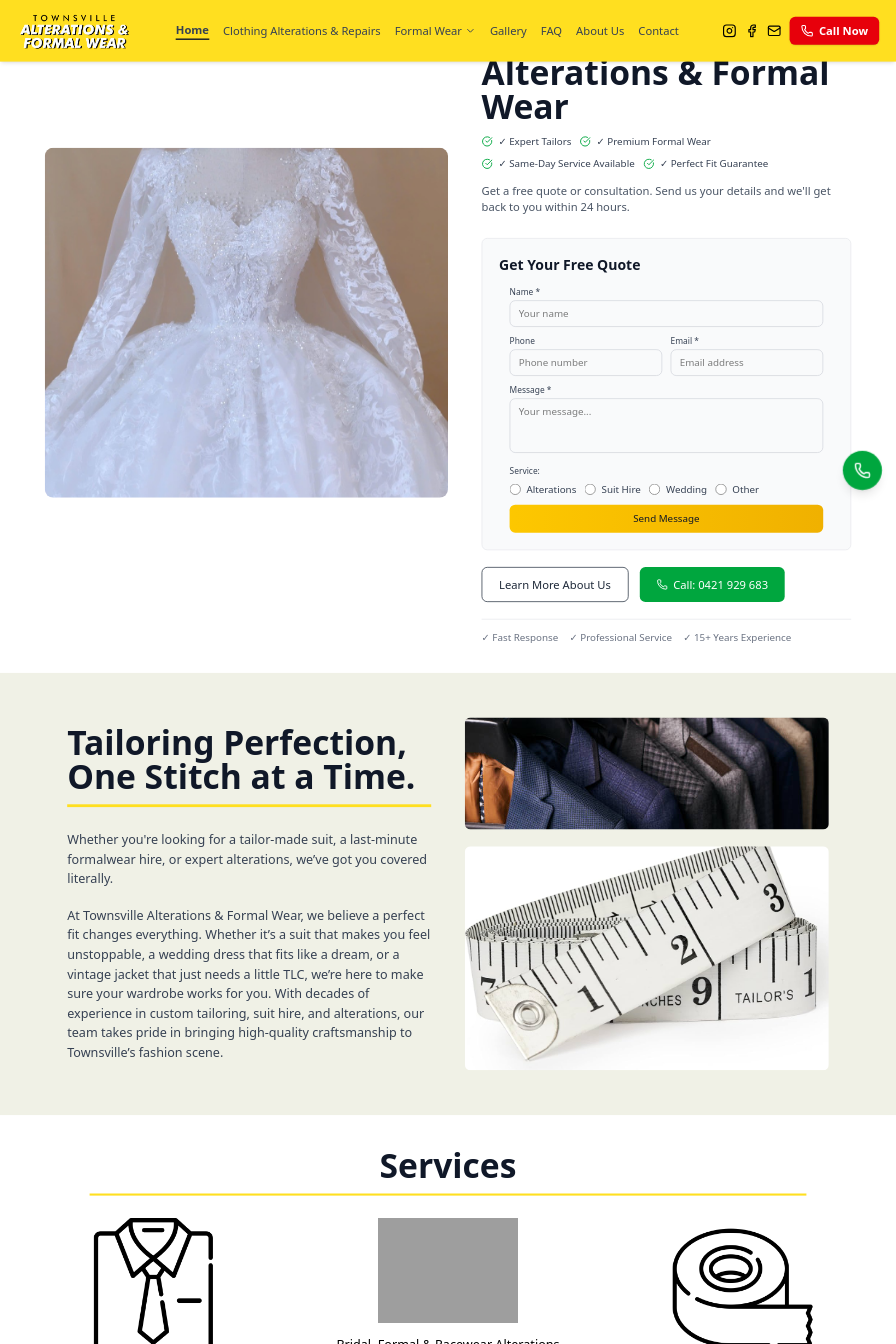
Repository: tarekhasan1/townsville-alteration
Page: /
These files come from the project's save history. The page is drawn as it stood at one moment and after the next save; the edit follows.
The browser window is 1280 px wide. The pictures show the part of the page from y = 0 to 1920 px (the page is 3515 px tall before and 3276 px after), at 70% of full size.
Pictures or frames that could not be fetched are drawn as grey boxes. The page's requests for data from a server got no answer. The project was rebuilt for these pictures with package versions that can differ from the ones it lists, and the page was loaded fresh each time. The framework's server and built-in components were replaced by stand-ins that run in the browser. No one was signed in, and anything a server would have sent is missing. Also part of the build but not shown: next.config.ts.

Above is the page before, as saved 2026-01-31 10:52:38.

After the next save:
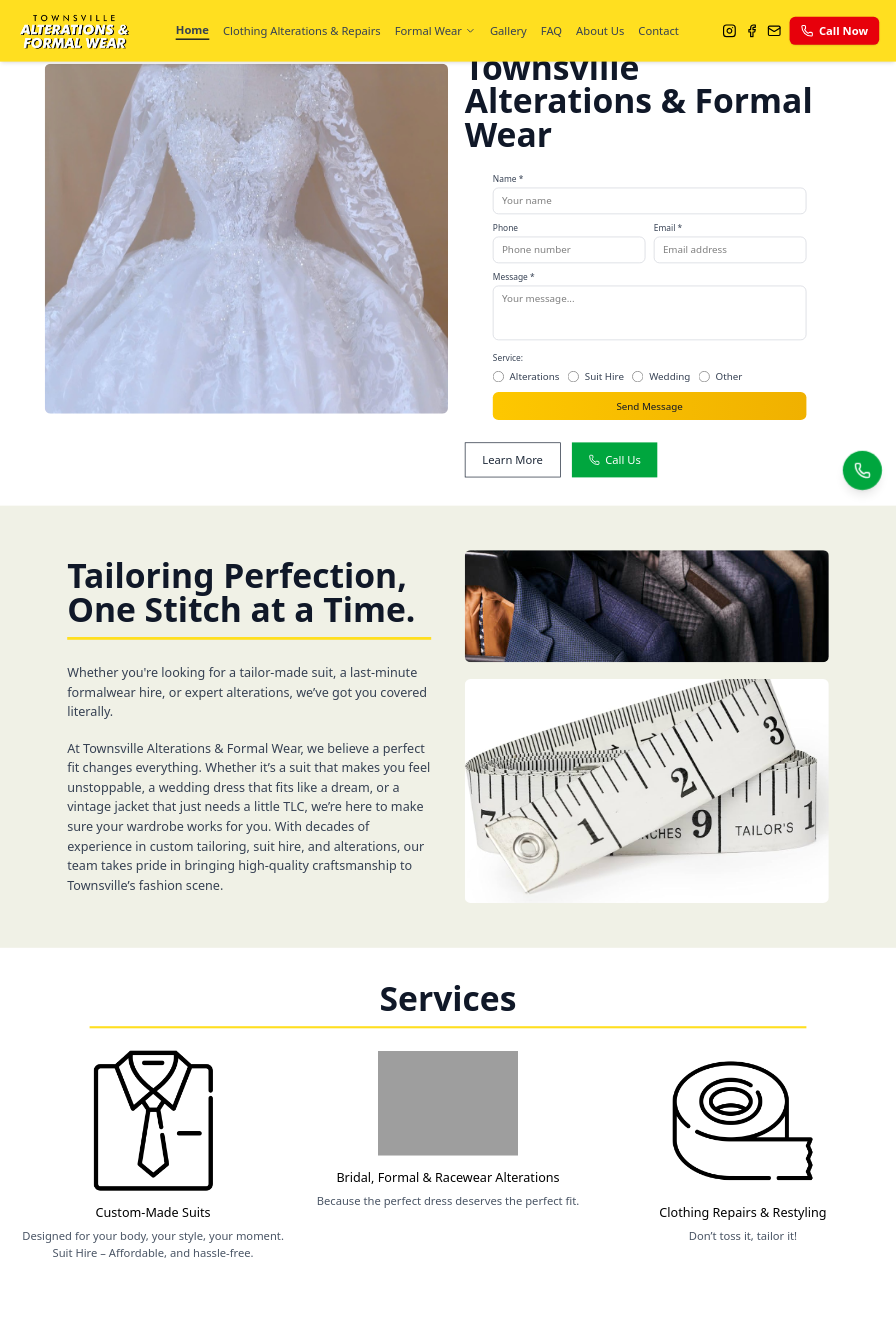
Saved 2 min 15 s later.
--- a/src/components/BannerCarousel.tsx
+++ b/src/components/BannerCarousel.tsx
@@ -2,8 +2,8 @@
 import { useState, useEffect } from "react";
 import Image from "next/image";
 import Link from "next/link";
-import { Phone, CheckCircle } from "lucide-react";
-import ContactForm from "@/components/ContactForm"; // Import your existing form
+import { Phone } from "lucide-react";
+import ContactForm from "@/components/ContactForm"; // Import the form
 
 const images = [
   "/3.jpeg",
@@ -27,112 +27,57 @@ const BannerCarousel = () => {
   }, []);
 
   return (
-    <div className="relative w-full min-h-[100vh] flex flex-col lg:flex-row items-center bg-white px-4 pt-[120px] lg:pt-0 lg:px-8 xl:px-16 py-8 lg:py-10">
+    <div className="relative w-full min-h-[100vh] flex flex-col lg:flex-row items-center bg-white px-4 pt-[120px] lg:pt-0 lg:px-16 py-10">
       {/* Left Column - Image Carousel */}
-      <div className="relative w-full lg:w-1/2 h-[300px] sm:h-[400px] lg:h-[500px] overflow-hidden rounded-lg lg:rounded-xl">
+      <div className="relative w-full lg:w-1/2 h-96 lg:h-[500px] overflow-hidden">
         {images.map((src, index) => (
           <Image
             key={index}
             src={src}
             alt={`Townsville Alterations & Formal Wear Image ${index + 1}`}
             fill
-            className={`absolute inset-0 transition-opacity duration-1000 ${
+            className={`absolute inset-0 transition-opacity duration-1000 rounded-lg ${
               index === currentIndex ? "opacity-100" : "opacity-0"
             } object-cover`}
-            sizes="(max-width: 768px) 100vw, 50vw"
-            priority={index === 0}
           />
         ))}
-
-        {/* Mobile-only CTA overlay */}
-        <div className="lg:hidden absolute bottom-4 left-4 right-4 bg-black/50 backdrop-blur-sm p-3 rounded-lg">
-          <div className="flex items-center justify-between">
-            <a
-              href="tel:0421929683"
-              aria-label="Call Townsville Alterations and Formal Wear"
-              className="flex items-center gap-2 bg-green-600 px-4 py-2 text-white hover:bg-green-700 transition-all rounded-md text-sm"
-            >
-              <Phone className="w-3 h-3" />
-              Call Now
-            </a>
-            <Link
-              href="/about-us"
-              aria-label="Learn more about Townsville Alterations and Formal Wear"
-              className="border border-white px-4 py-2 text-white hover:bg-yellow-400 hover:text-gray-900 transition-all rounded-md text-sm"
-            >
-              Learn More
-            </Link>
-          </div>
-        </div>
       </div>
 
-      {/* Right Column - Text & Contact Form */}
-      <div className="w-full lg:w-1/2 lg:pl-8 xl:pl-12 mt-8 lg:mt-0">
-        {/* Heading */}
-        <h2 className="text-gray-800 text-sm sm:text-base uppercase tracking-wider font-medium">
+      {/* Right Column - Content with Contact Form */}
+      <div className="w-full lg:w-1/2 text-center lg:text-left mt-6 lg:mt-0 px-6">
+        <h2 className="text-gray-800 text-lg uppercase tracking-wider">
           Reinvent Your Wardrobe. Or Hire One That Turns Heads.
         </h2>
 
-        <h1 className="text-3xl sm:text-4xl lg:text-5xl font-bold text-gray-900 mt-2 mb-4">
+        <h2 className="text-4xl lg:text-5xl font-semibold text-gray-900 mt-4">
           Townsville Alterations & Formal Wear
-        </h1>
+        </h2>
 
-        {/* Key Benefits */}
-        <div className="mb-6 lg:mb-8">
-          <div className="flex flex-col sm:flex-row sm:flex-wrap gap-3 mb-4">
-            {[
-              "✓ Expert Tailors",
-              "✓ Premium Formal Wear",
-              "✓ Same-Day Service Available",
-              "✓ Perfect Fit Guarantee"
-            ].map((item, index) => (
-              <div key={index} className="flex items-center text-sm text-gray-700">
-                <CheckCircle className="w-4 h-4 text-green-600 mr-2" />
-                {item}
-              </div>
-            ))}
-          </div>
-
-          <p className="text-gray-600 text-base">
-            Get a free quote or consultation. Send us your details and we&apos;ll get back to you within 24 hours.
-          </p>
-        </div>
-
-        {/* Contact Form - Visible on all devices */}
-        <div className="bg-gray-50 p-4 sm:p-6 rounded-lg border border-gray-200">
-          <h3 className="text-lg sm:text-xl font-semibold text-gray-900 mb-4">
-            Get Your Free Quote
-          </h3>
+        {/* Contact Form Integrated Here */}
+        <div className="mt-8">
           <ContactForm />
         </div>
 
-        {/* Desktop CTA Buttons */}
-        <div className="hidden lg:flex gap-4 mt-6">
+        {/* CTA Buttons */}
+        <div className="mt-8 flex flex-col sm:flex-row gap-4 sm:justify-center lg:justify-start">
+          {/* Learn More */}
           <Link
             href="/about-us"
             aria-label="Learn more about Townsville Alterations and Formal Wear"
-            className="border border-gray-800 px-6 py-3 text-gray-800 hover:bg-yellow-300 hover:text-gray-900 transition-all text-center rounded-lg"
+            className="border border-gray-800 px-6 py-3 text-gray-800 hover:bg-yellow-300 hover:text-gray-900 transition-all text-center"
           >
-            Learn More About Us
+            Learn More
           </Link>
 
+          {/* Call Us */}
           <a
             href="tel:0421929683"
             aria-label="Call Townsville Alterations and Formal Wear"
-            className="flex items-center justify-center gap-2 bg-green-600 px-6 py-3 text-white hover:bg-green-700 transition-all rounded-lg"
+            className="hidden md:flex items-center justify-center gap-2 bg-green-600 px-6 py-3 text-white hover:bg-green-700 transition-all"
           >
             <Phone className="w-4 h-4" />
-            Call: 0421 929 683
+            Call Us
           </a>
-        </div>
-
-        {/* Trust indicators */}
-        <div className="mt-6 pt-4 border-t border-gray-200">
-          <div className="flex items-center justify-center lg:justify-start gap-4 text-sm text-gray-500">
-            <span>✓ Fast Response</span>
-            <span>✓ Professional Service</span>
-            <span>✓ 15+ Years Experience</span>
-          </div>
         </div>
       </div>
     </div>
